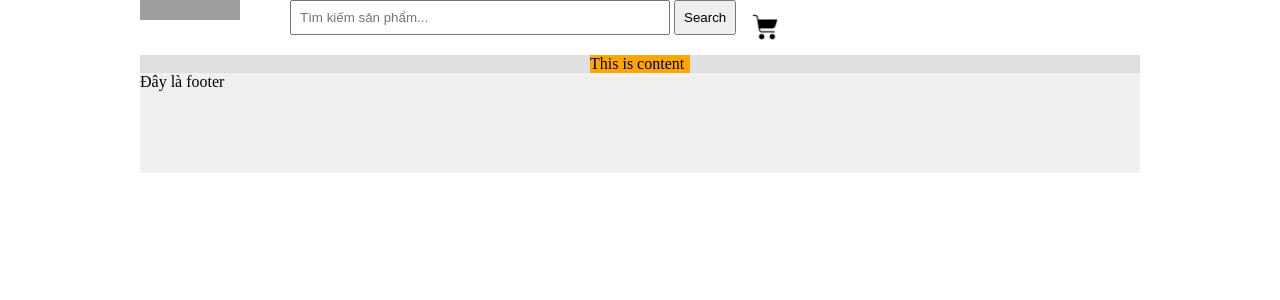
Repository: minhkhuyen1711/hpt
Page: http://localhost/website-ecommerce-php-master/index.php?action=login
An editor plug-in stored every save of this project. The page is shown before and after the next save, followed by the edit.
The browser window is 1280 px wide. The pictures show the whole page.
Pictures or frames that could not be fetched are drawn as grey boxes. The page is run by PHP 8.4 with error messages shown; the project is at /var/www/html/.

Above is the page before, as saved 2021-06-11 04:49:06.

### index.php
<!DOCTYPE html>
<html lang="en" dir="ltr">
  <head>
    <meta charset="utf-8">
    <title>Online Shopping</title>
    <link rel="stylesheet" href="styles/style.css" media="all">
  </head>
  <body>
    <!-- Main container bắt đầu từ đây -->
    <div class="main_wrapper">
     <div class="header_wrapper">
      <div class="header_logo">
         <a href="index.php">
         <img id="logo" src="images/metrixcode100x30.png" width="100px" height="20px">
         </a>
      </div><!--/.header_logo-->
      <div id="form">
      <form method="get" action="results.php" enctype="multipart/form-data">
      <input type="text" name="user_query" placeholder="Tìm kiếm sản phẩm...">
      <input type="submit" name="search" value="Search">
      </form>
      </div>

      <div class="cart">
        <ul>
          <li class="dropdown_header_cart">
            <div id="notification_total_art" class="shopping_cart">
              <img src="images/cart_icon.png" id="cart_image">
            </div>
          </li>
        </ul>
      </div>

    </div> <!--/.header_wrapper-->
      <div class="content_wrapper">
        This is content
      </div><!--/.content_wrapper -->
      <div id="footer">
        Đây là footer
      </div>
    </div><!--/.main_wrapper-->
    <!--Kết thúc Main container tại đây-->
  </body>
</html>

### styles/style.css
/* http://meyerweb.com/eric/tools/css/reset/
   v2.0 | 20110126
   License: none (public domain)
*/

html, body, div, span, applet, object, iframe,
h1, h2, h3, h4, h5, h6, p, blockquote, pre,
a, abbr, acronym, address, big, cite, code,
del, dfn, em, img, ins, kbd, q, s, samp,
small, strike, strong, sub, sup, tt, var,
b, u, i, center,
dl, dt, dd, ol, ul, li,
fieldset, form, label, legend,
table, caption, tbody, tfoot, thead, tr, th, td,
article, aside, canvas, details, embed,
figure, figcaption, footer, header, hgroup,
menu, nav, output, ruby, section, summary,
time, mark, audio, video {
	margin: 0;
	padding: 0;
	border: 0;
	font-size: 100%;
	font: inherit;
	vertical-align: baseline;
}

.main_wrapper{
    width: 1000px;
    height: auto;
    margin: auto;
    background: #dfdfdf;
}

.header_wrapper{
    width: 100%;
    height: 55px;
    margin: auto;
    background: white;
}

.header_logo{
    float: left;
    width: 150px;
    padding-top: 10;
}


#form{
    float:left;
    width: 45%;
    margin-top: 10

}

#form input{
    padding: 8px;

}

#form input[type=text]{
    width: 80%;
}

.cart{
    float: left;
    margin: 5px 10px 0px 15px;
    cursor: pointer;
    height: 35px;
    padding-top: 7px;
    position: relative;
    top: 0px;
    right: 20px;
    width: 60px;
    text-align: center;
    z-index: 1000;
}

.cart img{
    width: 30px;
}

.cart ul{
    padding: 0;
    margin: 0;
    list-style: none;
    position: relative;
    width: auto;
    z-index: 1;
}

.content_wrapper{
    width: 100px;
    margin: auto;
    background: orange;
}

#footer{
    width: 1000px;
    height: 100px;
    background: #f0f0f0;
    clear: both;

}

After the next save:
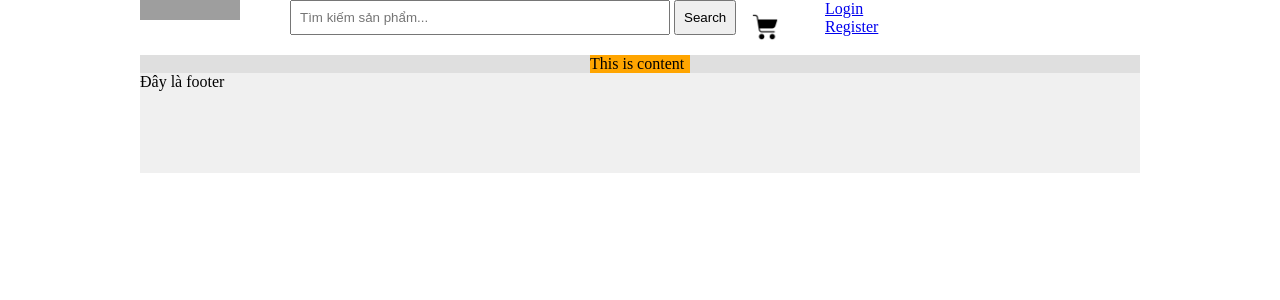
Saved 2 h 58 min later.
--- a/index.php
+++ b/index.php
@@ -31,6 +31,12 @@
         </ul>
       </div>
 
+      <div class="rgister_login">
+        <div class="login">
+          <a href="index.php?action=login">Login</a></div>
+          <div class="register"><a href="custommer_register.php">Register</a></div>
+      </div>
+
     </div> <!--/.header_wrapper-->
       <div class="content_wrapper">
         This is content
